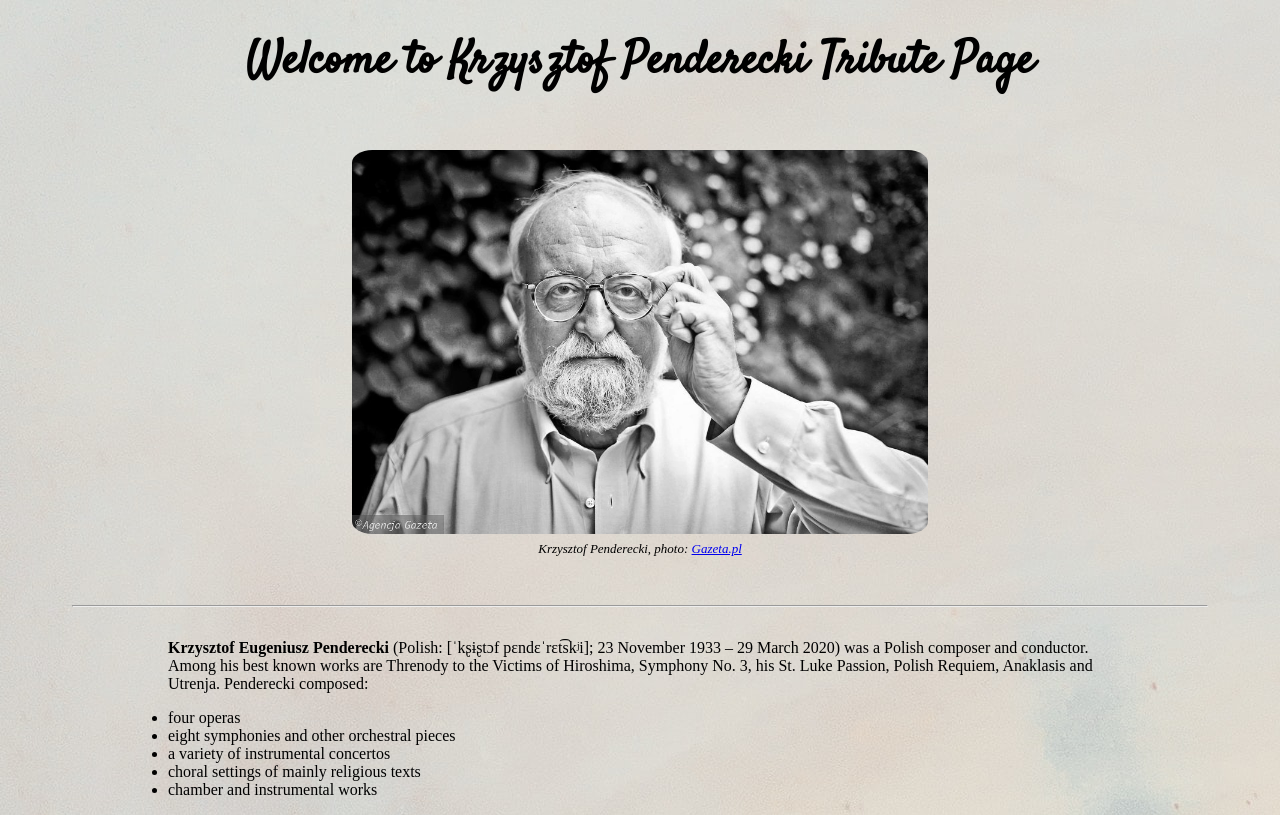
Repository: justynke/tribute_page
Page: index.html
An editor plug-in stored every save of this project. The page is shown before and after the next save, followed by the edit.
The browser window is 1280 px wide. The pictures show the whole page.

Above is the page before, as saved 2020-04-23 00:10:16.

### index.html
<!DOCTYPE html>
<html lang = "pl-PL">
<head>
    <link href="https://fonts.googleapis.com/css2?family=Satisfy&display=swap" rel="stylesheet">
    <link rel="stylesheet" type="text/css" href="styles.css">
    <title>Krzysztof Penderecki Tribute Page</title>
</head>
<body>
    <h1 id = "title">Welcome to Krzysztof Penderecki Tribute Page</h1>
    <div id = "img-div">
        <figure>
            <img id = "image" src = "images/penderecki_01.jpg" alt = "Krzysztof Penderecki">
            <figcaption>Krzysztof Penderecki, photo: <a href = "http://gazeta.pl">Gazeta.pl</a></figcaption>
        </figure>
    </div>

    <hr>

    <p>
        <b>Krzysztof Eugeniusz Penderecki</b> (Polish: [ˈkʂɨʂtɔf pɛndɛˈrɛt͡skʲi]; 23 November 1933 – 29 March 2020) was a Polish composer and conductor. Among his best known works are Threnody to the Victims of Hiroshima, Symphony No. 3, his St. Luke Passion, Polish Requiem, Anaklasis and Utrenja. Penderecki composed:
        <ul>
            <li>four operas</li>
            <li>eight symphonies and other orchestral pieces</li>
            <li>a variety of instrumental concertos</li>
            <li>choral settings of mainly religious texts</li>
            <li>chamber and instrumental works</li>
        </ul>
    </p>








</body>
</html>

### styles.css
body {
    background-image: url(images/background.jpg);
}

h1 {
    text-align: center;
    font-family: Satisfy;
    font-size: 45px;
    margin-bottom: 0.8em;
}

#img-div {
    display: flex;
    justify-content: space-around;
}

#image {
    height: 30vw;
    width: auto;
    filter: gray; /* IE6-9 */
    -webkit-filter: grayscale(1); /* Google Chrome, Safari 6+ & Opera 15+ */
    filter: grayscale(1);
    border-style: solid;
    border-color: transparent;
    border-radius: 4%;
}


#image:hover {
    filter: grayscale(0);
}

figcaption {
    text-align: center;
    font-style: italic;
    font-size: small;
}


hr {
    margin-top: 2em;
    margin-bottom: 2em;
    margin-left: 4em;
    margin-right: 4em;
}

p {
    padding-left: 10em;
    padding-right: 10em;
}

ul {
    padding-left: 10em;
}

After the next save:
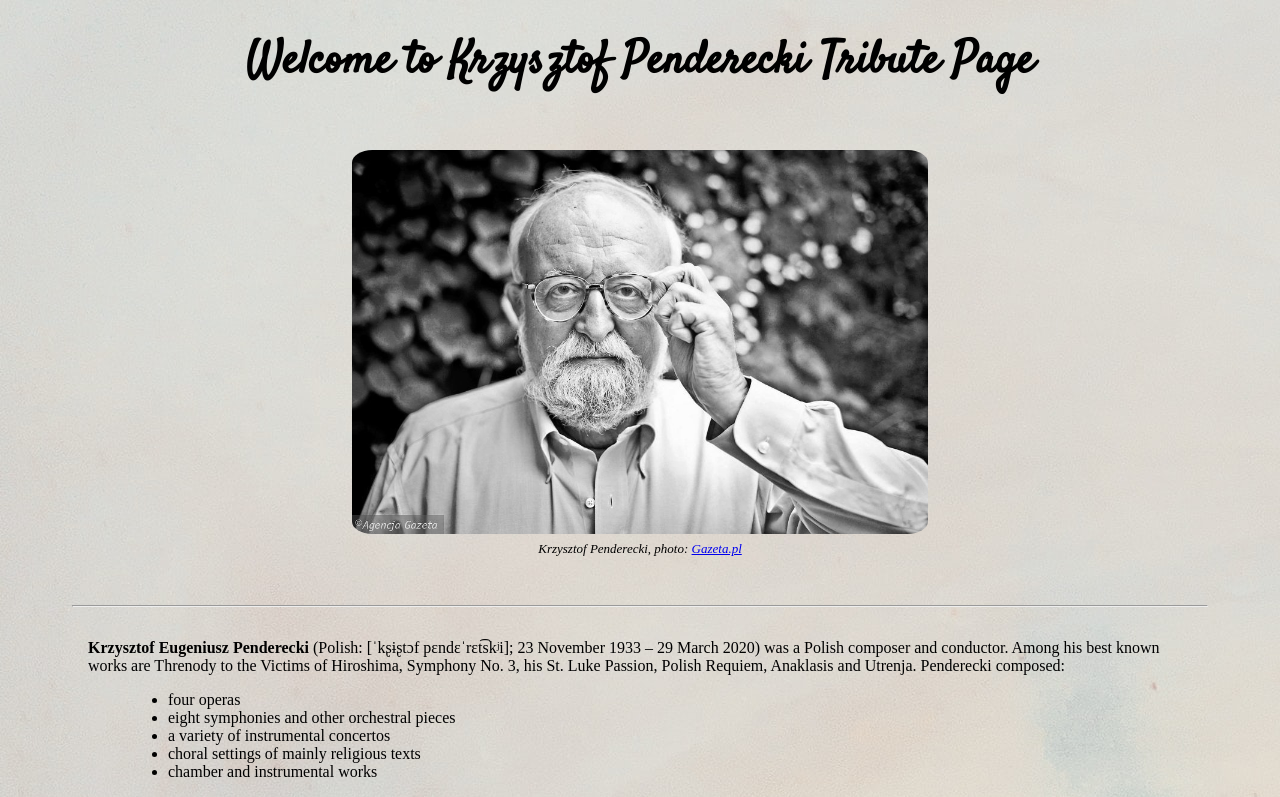
Saved 13 s later.
--- a/styles.css
+++ b/styles.css
@@ -45,8 +45,8 @@
 }
 
 p {
-    padding-left: 10em;
-    padding-right: 10em;
+    padding-left: 5em;
+    padding-right: 5em;
 }
 
 ul {
